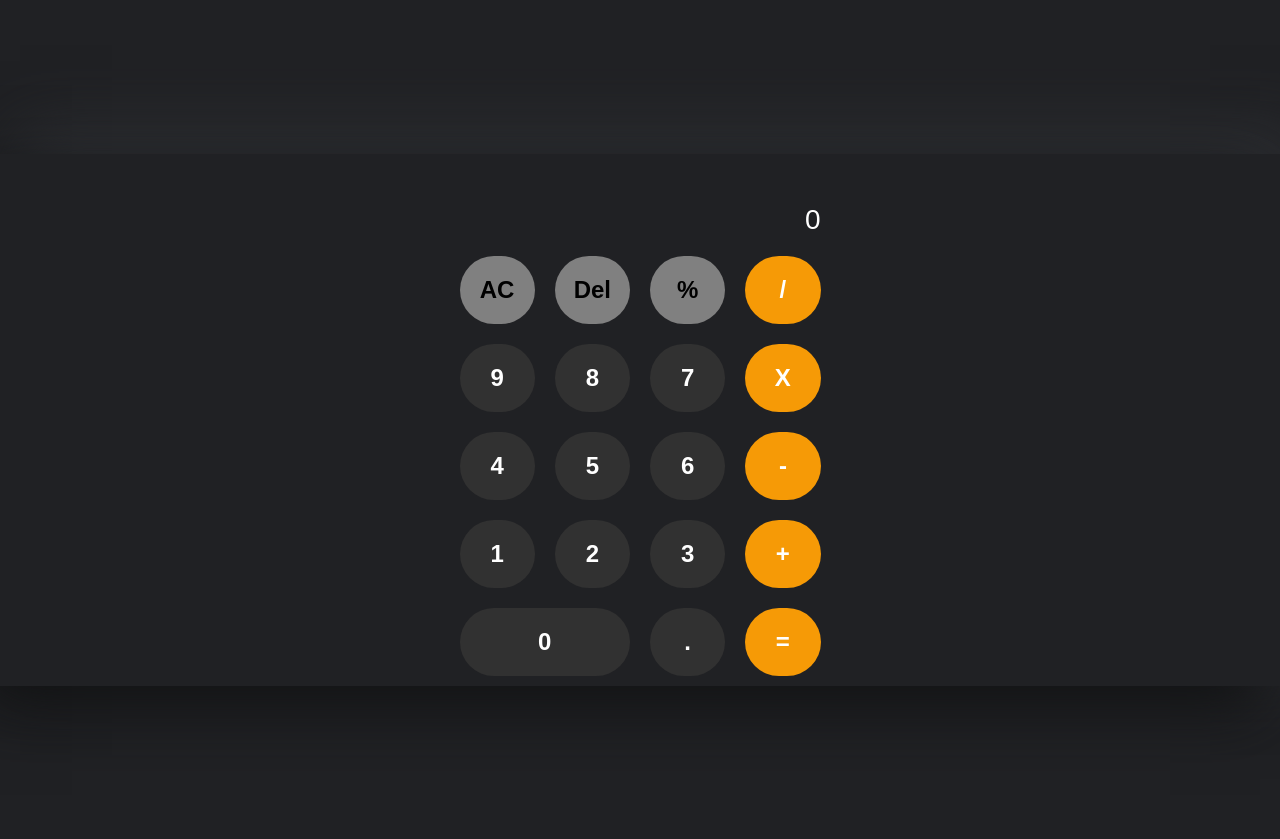
Repository: ble-syn/reactCalculator
Page: /
An editor plug-in stored every save of this project. The page is shown before and after the next save, followed by the edit.
The browser window is 1280 px wide. The pictures show the whole page.
The project was rebuilt for these pictures with package versions that can differ from the ones it lists, and the page was loaded fresh each time.

Above is the page before, as saved 2022-10-06 22:20:07.

### src/index.css
*{
  margin: 0;
  box-sizing: border-box;
}

body{
  display: flex;
  justify-content: center;
  align-items: center;
  flex-direction: column;
  background-color: #202124;
  color: #fff;
  margin: 12% auto;
background: #202124;
box-shadow:  -20px 20px 60px #101112,
             20px -20px 60px #303236;
}
.container {
  max-width: 1200px;
  padding: 10px;
  background: #202124;
  box-shadow:  -20px 20px 60px #101112
             20px -20px 60px #303236;
}
#calculator-display {
  border: none;
  width: 100%;
  text-align: right;
  font-size: 28px;
  padding: 50px 10px 10px;
  color: #fff;
  background-color: #202124;
}
#calculator-display:focus {
  outline: none;
}
#calculator-display::-webkit-input-placeholder {
  color: #fff;
}
.calculator-keys{
  display: grid;
  grid-template-columns: repeat(4, 1fr);
  grid-gap: 20px;
  margin: 10px;
}
button {
  padding: 20px 15px;
  display: grid;
  place-items: center;
  outline: none;
  border-radius: 50px;
  font-weight: 700;
  border: none;
  color: #fff;
  background-color: #313131;
  font-size: 24px;
  cursor: pointer;
}
button:focus {
  background-color: #D1D1D1;
}
.zero {
  grid-column: 1/3;
}
.gray {
  background-color: gray;
  color: #000;
}
.yellow {
  background-color: #F69A06;
}
.yellow:focus{
  background-color: #ffffff;
  color: #F69A06;
}

### src/App.js
import {useState} from "react";

function App() {
  const [numDisplay, setNumDisplay] = useState("")
  const operators = ["+", "-", "*", "/"]

const numClick = (event) => {
      event.preventDefault()

      let value = event.target.value
      setNumDisplay(numDisplay + value)
}


const deleteNum = () => {
  setNumDisplay(numDisplay.slice(0, -1))
}
const reset = () => {
  setNumDisplay("")
}
const percent = () => {
  setNumDisplay(numDisplay / 100)
}
const equals = () => {
  setNumDisplay(eval(numDisplay))
}

  return (
    <main id="container">
      <div class="calculator">
          <div><input id="calculator-display" type="text" placeholder="0" value={numDisplay} /></div>

          <div class="calculator-keys">
              <button onClick={reset} value=" " class="gray">AC</button>
              <button onClick={deleteNum} value="" class="gray">Del</button>
              <button onClick={percent} value="%" class="gray">%</button>
              <button onClick={numClick} value="/" class="yellow">/</button>
              <button onClick={numClick} value="9">9</button>
              <button onClick={numClick} value="8">8</button>
              <button onClick={numClick} value="7" >7</button>
              <button onClick={numClick} value="*" class="yellow">X</button>
              <button onClick={numClick} value="4">4</button>
              <button onClick={numClick} value="5">5</button>
              <button onClick={numClick} value="6">6</button>
              <button onClick={numClick} value="-" class= "yellow">-</button>
              <button onClick={numClick} value="1">1</button>
              <button onClick={numClick} value="2">2</button>
              <button onClick={numClick} value="3">3</button>
              <button onClick={numClick} value="+" class="yellow">+</button>
              <button onClick={numClick} value="0" class="zero" >0</button>
              <button onClick={numClick} value="." data-action="decimal">.</button>
              <button onClick={equals} value="=" class="yellow">=</button>
          </div>
      </div>
    </main>
  )
}

export default App;

Loaded but not shown: public/index.html (common file); src/index.js (common file); src/reportWebVitals.js (common file)

After the next save:
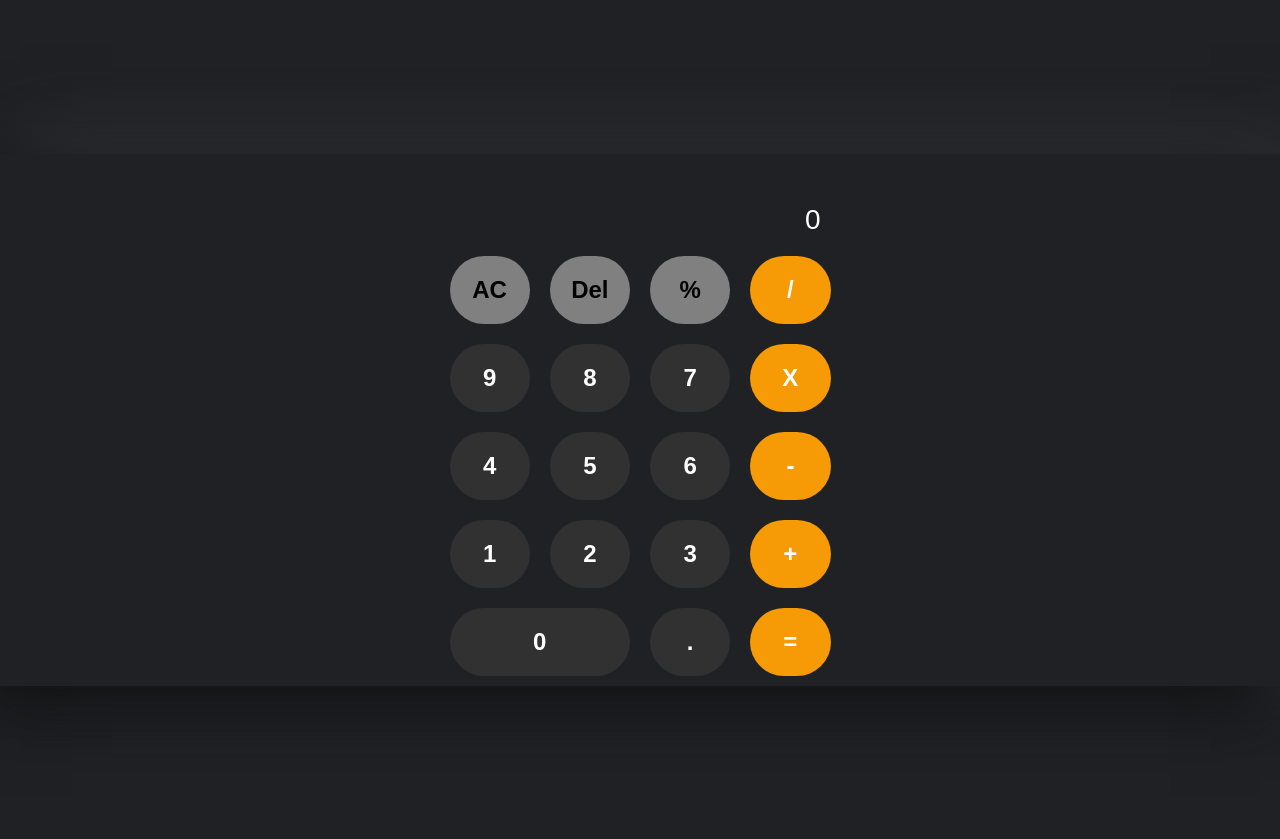
Saved 33 s later.
--- a/src/index.css
+++ b/src/index.css
@@ -27,7 +27,7 @@
   width: 100%;
   text-align: right;
   font-size: 28px;
-  padding: 50px 10px 10px;
+  padding: 50px 20px 10px;
   color: #fff;
   background-color: #202124;
 }

After the 2 saves that followed:
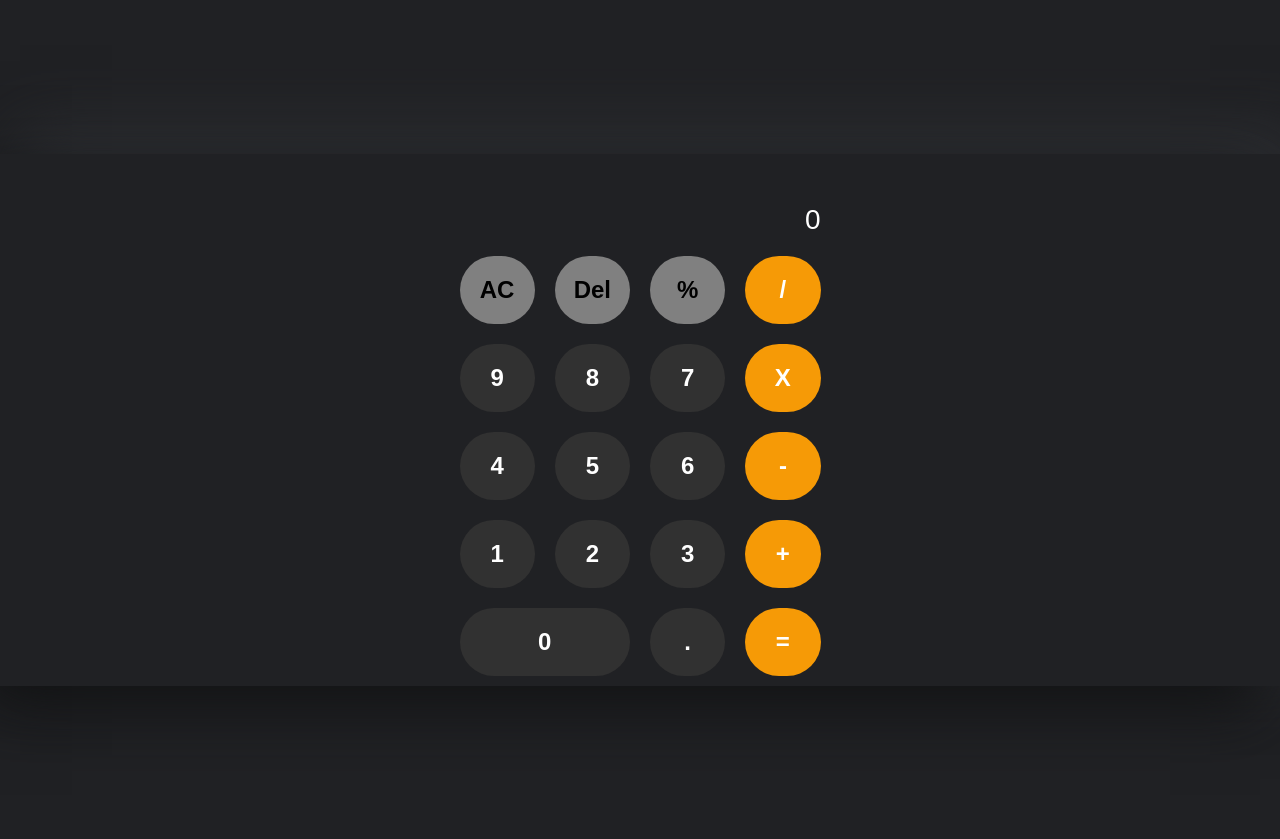
The 2 saves are shown as one change because 1 left the picture as it was.
The last was saved 91 s later.
--- a/src/index.css
+++ b/src/index.css
@@ -27,7 +27,7 @@
   width: 100%;
   text-align: right;
   font-size: 28px;
-  padding: 50px 20px 10px;
+  padding: 50px 10px 10px;
   color: #fff;
   background-color: #202124;
 }
